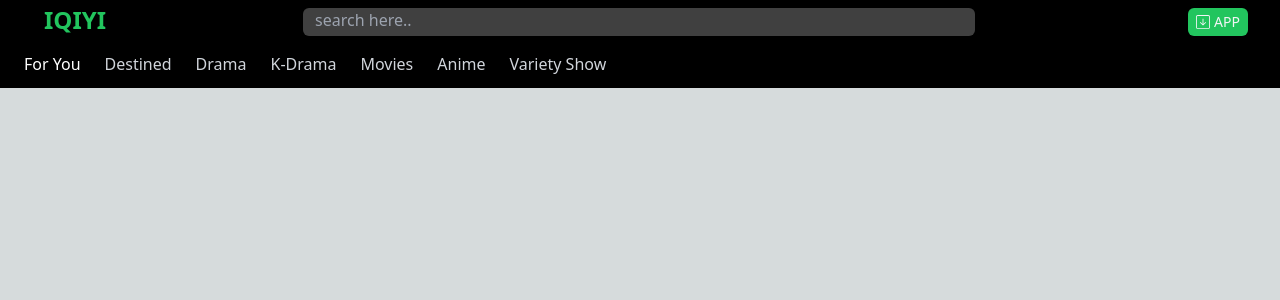
Repository: cozocozy/iqiyi-clone
Page: /
An editor plug-in stored every save of this project. The page is shown before and after the next save, followed by the edit.
The browser window is 1280 px wide. The pictures show the whole page.
The project was rebuilt for these pictures with package versions that can differ from the ones it lists, and the page was loaded fresh each time. The framework's server and built-in components were replaced by stand-ins that run in the browser. Also part of the build but not shown: next.config.js.

Above is the page before, as saved 2023-07-16 10:49:35.

After the next save:
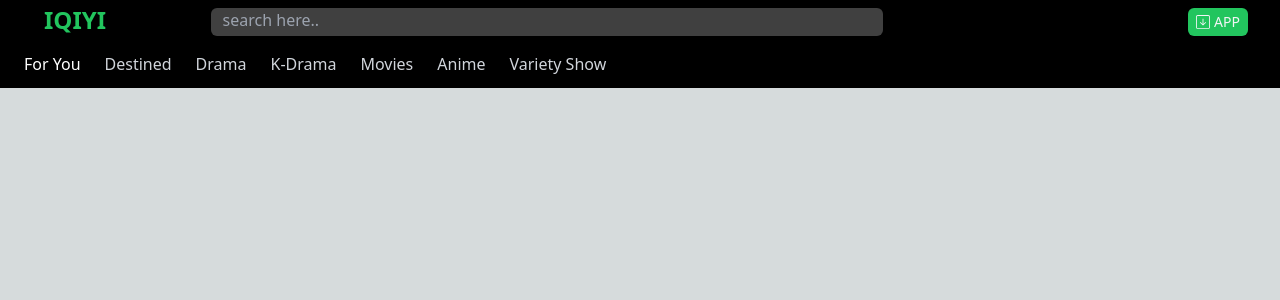
Saved 53 s later.
--- a/pages/components/Header.tsx
+++ b/pages/components/Header.tsx
@@ -15,7 +15,7 @@
         </div>
 
         {/* middle part */}
-        <div className="flex justify-center items-center w-full mt-1 ">
+        <div className="flex justify-around items-center w-full mt-1 ">
           <input className="rounded rounded-md bg-neutral-700 w-full max-w-2xl pl-3 pb-1" placeholder="search here.." autoComplete="off"></input>
           <button className="">
             <BsSearch />

After the save that followed:
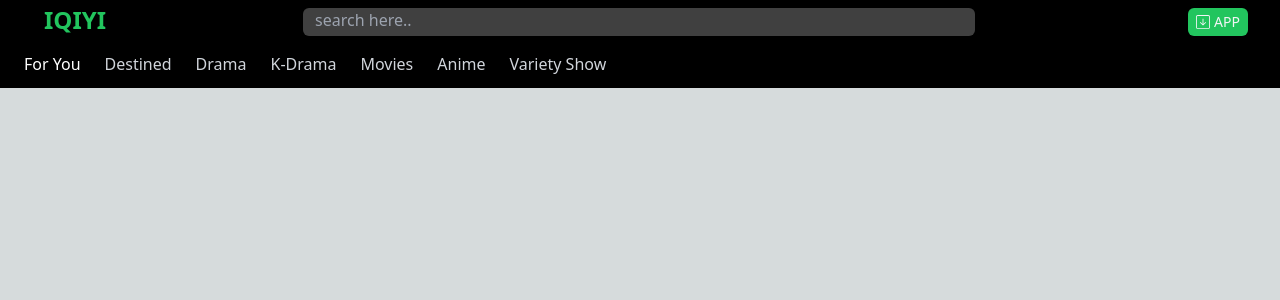
Saved 10 s later.
--- a/pages/components/Header.tsx
+++ b/pages/components/Header.tsx
@@ -15,7 +15,7 @@
         </div>
 
         {/* middle part */}
-        <div className="flex justify-around items-center w-full mt-1 ">
+        <div className="flex justify-center items-center w-full mt-1 ">
           <input className="rounded rounded-md bg-neutral-700 w-full max-w-2xl pl-3 pb-1" placeholder="search here.." autoComplete="off"></input>
           <button className="">
             <BsSearch />
